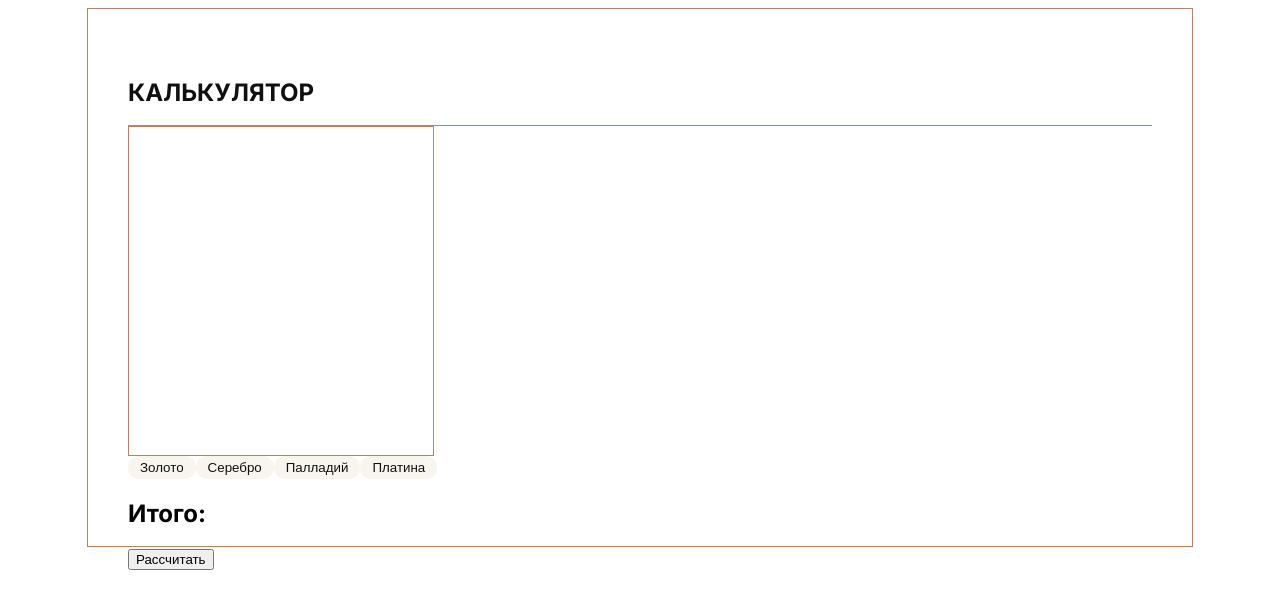
Repository: Kirill2034/Calculator-metal
Page: /
These files come from the project's save history. The page is drawn as it stood at one moment and after the next save; the edit follows.
The browser window is 1280 px wide. The pictures show the whole page.
The project was rebuilt for these pictures with package versions that can differ from the ones it lists, and the page was loaded fresh each time.

Above is the page before, as saved 2021-11-27 18:33:27.

### public/index.html
<!DOCTYPE html>
<html lang="en">
  <head>
    <meta charset="utf-8" />
    <meta name="viewport" content="width=device-width, initial-scale=1" />

    <link rel="preconnect" href="https://fonts.googleapis.com">
    <link rel="preconnect" href="https://fonts.gstatic.com" crossorigin>
    <link href="https://fonts.googleapis.com/css2?family=Inter:wght@300;400;500;700&display=swap" rel="stylesheet">

    <title>Калькулятор</title>
  </head>
  <body>
    <div id="root"></div>
  </body>
</html>

### src/App.js
import React, { useState } from 'react';
import './App.css';
import {BtnRadio} from './components/BtnRadio';

const metals = [
  {
    id: 1,
    code: "gold",
    title: "Золото",
    finenessList: [
      {id: 1, value: 375, cash: 90, checkingAccount: 100},
      {id: 1, value: 575, cash: 190, checkingAccount: 250}
    ]
  },
  {
    id: 2,
    code: "argent",
    title: "Серебро",
    finenessList: [
      {id: 1, value: 375, cash: 90, checkingAccount: 100},
      {id: 1, value: 575, cash: 190, checkingAccount: 250}
    ]
  },
  {
    id: 3,
    code: "palladium",
    title: "Палладий",
    finenessList: [
      {id: 1, value: 375, cash: 90, checkingAccount: 100},
      {id: 1, value: 575, cash: 190, checkingAccount: 250}
    ]
  },
  {
    id: 4,
    code: "platinum",
    title: "Платина",
    finenessList: [
      {id: 1, value: 375, cash: 90, checkingAccount: 100},
      {id: 1, value: 575, cash: 190, checkingAccount: 250}
    ]
  },
]

const App = () => {

  const [selectedMetalId, setselectedMetalId] = useState(null);

  const onMetalItemClick = (id) => {
    setselectedMetalId(id);
  };

  return (
    <div className="App">
      <div className="title">
        <h2>Калькулятор</h2>
      </div>
      <div className="calculator">
        <div className="metal-image"></div>
        <div className="content">
          <div className="check-metal">
            {metals.map((metal) => (
            <BtnRadio
              key={metal.id}
              item={metal}
              selected={selectedMetalId === metal.id}
              onClick={onMetalItemClick}
              />
          ))}
          </div>
          <div className="select-prop-metal"></div>
          <div className="calculate">
            <h2>Итого:</h2>
            <button>Рассчитать</button>
          </div>
        </div>
      </div>
    </div>
  );
}

export default App;

### src/App.css
.App {width: 1024px; height: 537px; border: 1px solid #B48565; margin: 0 auto; font-family: 'Inter', sans-serif; padding: 0 40px;}
.App .title {border-bottom: 1px solid #B48565; text-transform: uppercase; font-weight: 900; font-size: 16px; line-height: 24px; color: #101010; margin-top: 72px;}
.App .calculator .metal-image {width: 304px; height: 328px; border: 1px solid #B48565}

### src/components/BtnRadio/index.js
import BtnRadio from './BtnRadio.js';
export {BtnRadio};

### src/components/BtnRadio/BtnRadio.js
import React from 'react';
import './BtnRadio.css';
import cn from "classnames";

const BtnRadio = ({item, selected, onClick}) => {
    return (
        <button
            className={cn("BtnRadio", {selected})}
            onClick={() => onClick(item.id)}
        >{item.title}</button>
    )
}

export default BtnRadio;

### src/components/BtnRadio/BtnRadio.css
.BtnRadio {border: none; box-shadow: none; outline: none; background: #F8F5EE; border-radius: 100px; padding: 4px 12px; color: #101010};
.BtnRadio:hover {border: 1px solid #B48565; cursor: pointer;}
.BtnRadio.selected {color: #F8F5EE; background: #B48565;}

Loaded but not shown: src/index.js (common file)

After the next save:
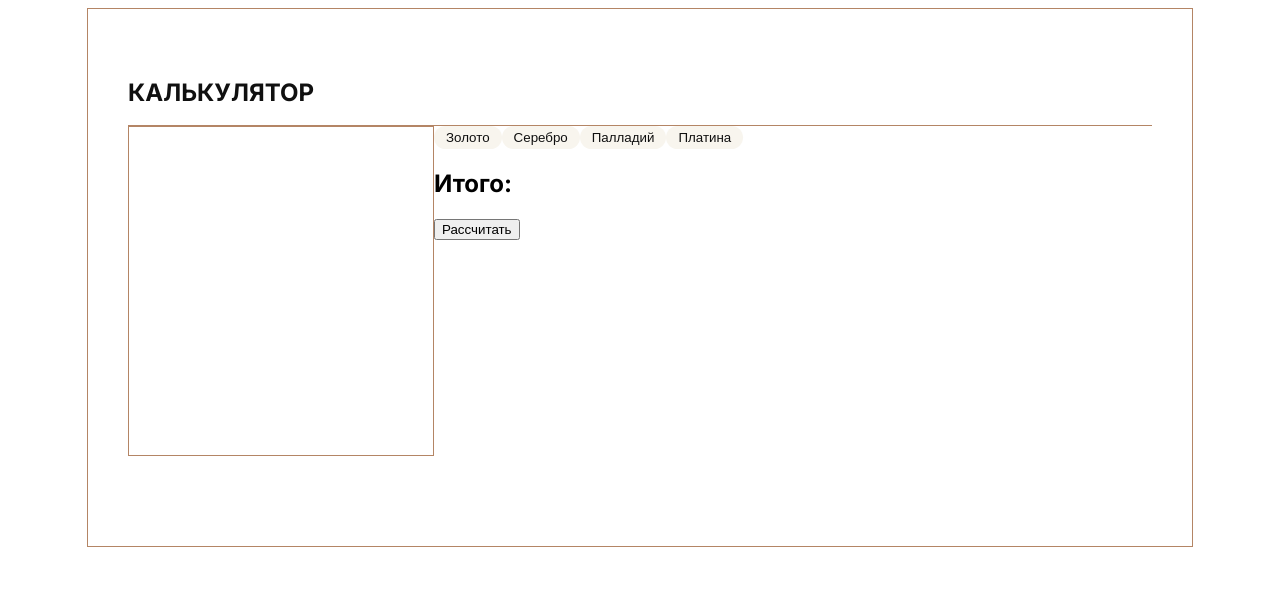
Saved 25 s later.
--- a/src/App.css
+++ b/src/App.css
@@ -1,3 +1,5 @@
 .App {width: 1024px; height: 537px; border: 1px solid #B48565; margin: 0 auto; font-family: 'Inter', sans-serif; padding: 0 40px;}
 .App .title {border-bottom: 1px solid #B48565; text-transform: uppercase; font-weight: 900; font-size: 16px; line-height: 24px; color: #101010; margin-top: 72px;}
+
+.App .calculator {display: flex;}
 .App .calculator .metal-image {width: 304px; height: 328px; border: 1px solid #B48565}
